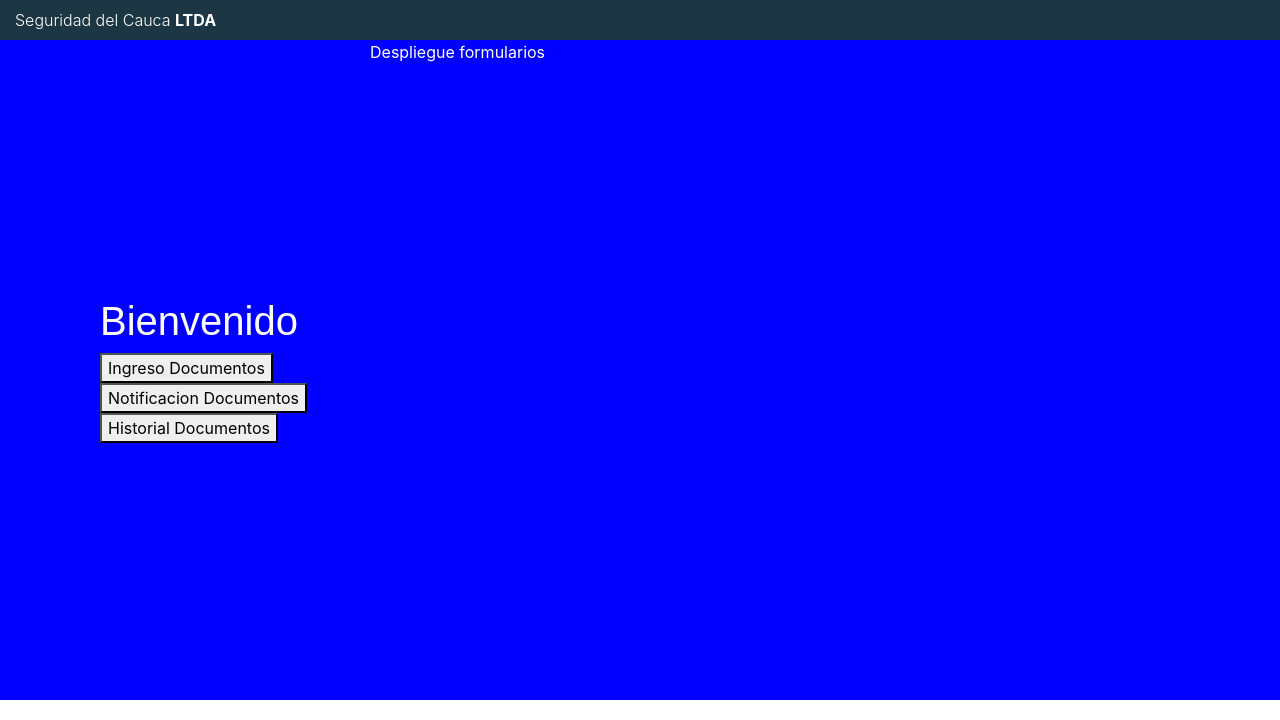
Repository: CristianPalta1/pages_react
Page: /Dashboard
An editor plug-in stored every save of this project. The page is shown before and after a run of saves, followed by the edit.
The browser window is 1280 px wide. The pictures show the whole page.
The project was rebuilt for these pictures with package versions that can differ from the ones it lists, and the page was loaded fresh each time. Also part of the build but not shown: src/components/Forms.jsx, src/pages/Inicio.jsx, src/pages/IngresoDoc.jsx, src/pages/NotifiDoc.jsx, src/components/Registros.jsx, src/components/styles/BadgesList.css, src/components/BadgeList.jsx, src/components/styles/Badges.css and 3 more.

Above is the page before, as saved 2019-08-25 14:24:20.

### src/index.js
import React from 'react';
import ReactDOM from 'react-dom';
import './index.css';
import 'bootstrap/dist/css/bootstrap.css'

import App from './components/App';
import * as serviceWorker from './serviceWorker';

ReactDOM.render(<App />, document.getElementById('root'));



// If you want your app to work offline and load faster, you can change
// unregister() to register() below. Note this comes with some pitfalls.
// Learn more about service workers: https://bit.ly/CRA-PWA
serviceWorker.unregister();

### src/index.css
body {
  margin: 0;
  font-family: -apple-system, BlinkMacSystemFont, "Segoe UI", "Roboto", "Oxygen",
    "Ubuntu", "Cantarell", "Fira Sans", "Droid Sans", "Helvetica Neue",
    sans-serif;
  -webkit-font-smoothing: antialiased;
  -moz-osx-font-smoothing: grayscale;
}

code {
  font-family: source-code-pro, Menlo, Monaco, Consolas, "Courier New",
    monospace;
}


@import url('https://fonts.googleapis.com/css?family=Lato:300,400,700');
@import url('https://fonts.googleapis.com/css?family=Anton');


* {
  -webkit-font-smoothing: antialiased;
  -moz-osx-font-smoothing: grayscale;
}

body {
  font-family: 'Lato', 'Helvetica Neue', sans-serif;
  background-color: #F4F4F7;
}

h1 {
  font-family: 'Anton', sans-serif;
}

a.link-unstyled {
  color: inherit;
}

a.link-unstyled:hover {
  color: inherit;
  text-decoration: none;
}

.btn {
  padding: 0.375rem 2rem;
}

.btn.btn-primary {
  color: #fff;
  background-color: #7DCD40;
  border-color: #7DCD40;
}

.btn.btn-primary:not(:disabled):not(.disabled):hover {
  color: #fff;
  background-color: #7DCD40;
  border-color: #7DCD40;
}

.btn.btn-primary:not(:disabled):not(.disabled):active {
  color: #fff;
  background-color: #7DCD40;
  border-color: #7DCD40;
}

.btn.btn-primary:not(:disabled):not(.disabled):focus {
  box-shadow: 0 0 0 0.2rem rgba(125, 205, 64, 0.5);
}

.btn.btn-danger {
  color: #fff;
  background-color: #CD4040;
  border-color: #CD4040;
}

.btn.btn-danger:not(:disabled):not(.disabled):hover {
  color: #fff;
  background-color: #CD4040;
  border-color: #CD4040;
}

.btn.btn-danger:not(:disabled):not(.disabled):active {
  color: #fff;
  background-color: #CD4040;
  border-color: #CD4040;
}

.btn.btn-danger:not(:disabled):not(.disabled):focus {
  box-shadow: 0 0 0 0.2rem rgba(255, 64, 64, 0.5);
}

### src/components/App.js


import React from 'react';
import { BrowserRouter, Switch, Route } from 'react-router-dom';

// import logo from './logo.svg';
// import './App.css';
// import Navbar from "./Navbar";
// import Carousel from './Carousel';
// import Badge from './Badge';
// import Forms from './Forms';
import Layout from './Layout';
import Inicio from '../pages/Inicio';
import Dashboard from '../pages/Dashboard';
import IngresoDoc from '../pages/IngresoDoc';
import NotificDoc from '../pages/NotifiDoc';
import Registro from '../pages/Registro'
import NotFound from '../pages/NotFound';

function App() {
  return (
    <BrowserRouter>
      <Layout>
        <Switch>
          <Route exact path="/" component={Inicio} />
          <Route exact path="/Dashboard" component={Dashboard} />
          <Route exact path="/Registro_Usuarios" component={Registro} />
          <Route exact path="/Dashboard/Ingreso_Documentos" component={IngresoDoc} />
          <Route exact path="/Dashboard/Notificacion_Documentos" component={NotificDoc} />
          <Route component={NotFound} />
        </Switch>
      </Layout>
    </BrowserRouter>

  );
}

export default App;

### src/pages/Dashboard.jsx
//Aqui mostrare el formulario

import React, { Component } from "react";
import Container from "../components/Container";
import "./styles/Home.css";

class Dashboard extends Component {
  handleChange = e => {
    //Para ver el valor del inpunt see escribe value:e.target.value
    //tambien funciona con el input para saber que es name:e.target.name
  };

  //Evento para saber que sucedio al hacer click en el boton
  handleClick = e => {
    console.log("Boton Oprimido");
  };

  //El boton es de tipo submit, si no quiero que eso pase porque recarga la pagina,
  //debo espicicar el tipo de boton. En este caso tipo button
  handleSubmit = e => {
    e.preventDefault();
    console.log("Formulario ha sido Enviado");
    console.log(this.state);
  };

  render() {
    return (
      <div className="Home">
        <div className="container">
          <div className="row">
            <div className="col-3">
              <Container />
            </div>
            <div className="col-9">Despliegue formularios</div>
          </div>
        </div>
      </div>
    );
  }
}

export default Dashboard;

### src/components/Navbar.jsx
import React from 'react';
import { Link } from 'react-router-dom';
import './styles/Navbar.css';

// import './styles/Navbar.css';
// import logo from '../images/logo.svg';

class Navbar extends React.Component {
  render() {
    return (
      <div className="Navbar">
        <div className="container-fluid">
          <Link className="Navbar__brand" to="/">
            {/* <img className="Navbar__brand-logo" src={logo} alt="Logo" /> */}
            <span className="font-weight-light">Seguridad del Cauca</span> &nbsp;
            <span className="font-weight-bold"> LTDA</span>
          </Link>
        </div>
      </div>
    );
  }
}

export default Navbar;

### src/pages/styles/Home.css
.Home {
  width: 100%;
  min-height: calc(100vh - 60px);
  background: #0000ff;
  /* background: url('../../images/stars.svg'), #1B1B25; */
  background-repeat: repeat;

  color: #ffffff;

  display: flex;
  align-items: center;
}

.Home__col {
  display: flex;
  flex-direction: column;
  justify-content: center;
  align-items: center;
}

@media screen and (min-width: 768px) {
  .Home__col {
    align-items: flex-start;
  }
}

### src/components/Container.jsx
import React, { Component } from "react";
import "./styles/Home.css";

class Carousel extends Component {
  render() {
    return (
      <div className="Home">
        <div className="container">
          {/* <div className="row"> */}
            {/* <div className="col-4"> */}
              <h1>Bienvenido </h1>
              <button>Ingreso Documentos</button>
              <button>Notificacion Documentos</button>
              <button>Historial Documentos</button>
            {/* </div> */}
            {/* <div className="col-8">jojoj</div> */}
          {/* </div> */}
        </div>
      </div>
    );
  }
}

export default Carousel;

Loaded but not shown: public/index.html (common file); src/serviceWorker.js (common file); src/components/Layout.jsx (common file); src/components/styles/Navbar.css (common file)

After the next 2 saves:
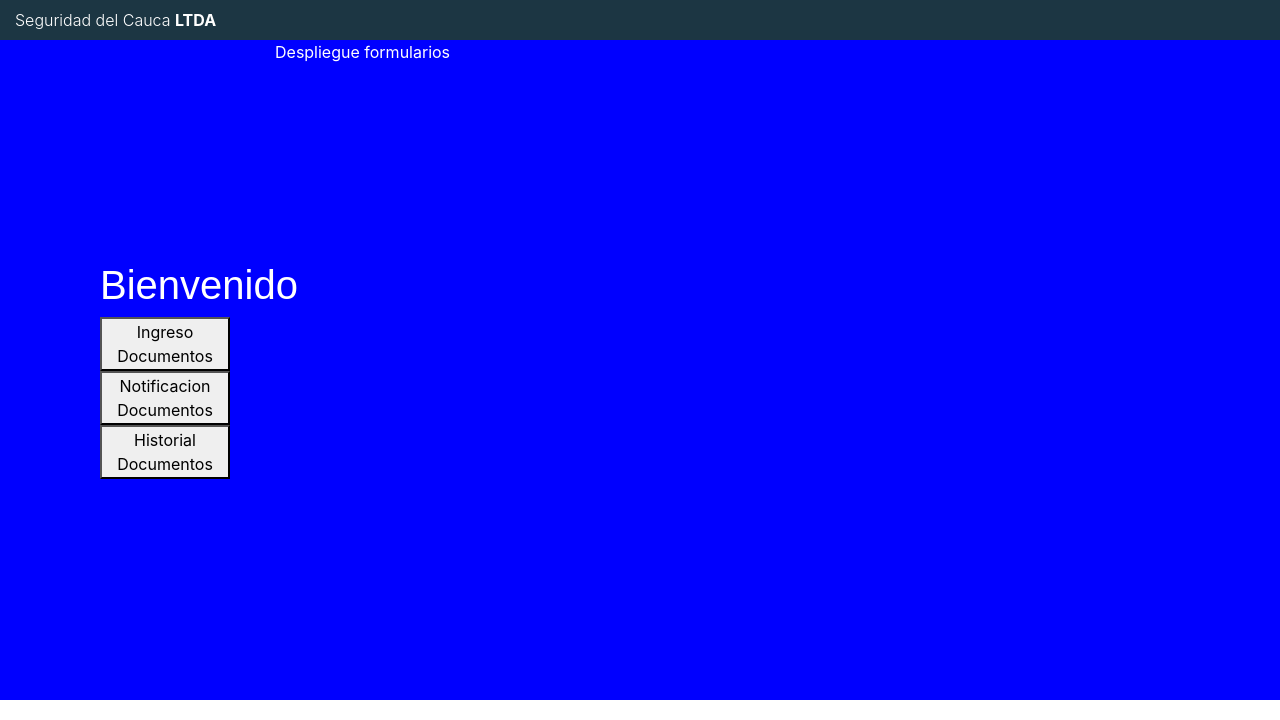
The 2 saves are shown as one change because they came seconds apart.
The last was saved 11 s later.
--- a/src/pages/Dashboard.jsx
+++ b/src/pages/Dashboard.jsx
@@ -28,10 +28,10 @@
       <div className="Home">
         <div className="container">
           <div className="row">
-            <div className="col-3">
+            <div className="col-2">
               <Container />
             </div>
-            <div className="col-9">Despliegue formularios</div>
+            <div className="col-10">Despliegue formularios</div>
           </div>
         </div>
       </div>

After the 2 saves that followed:
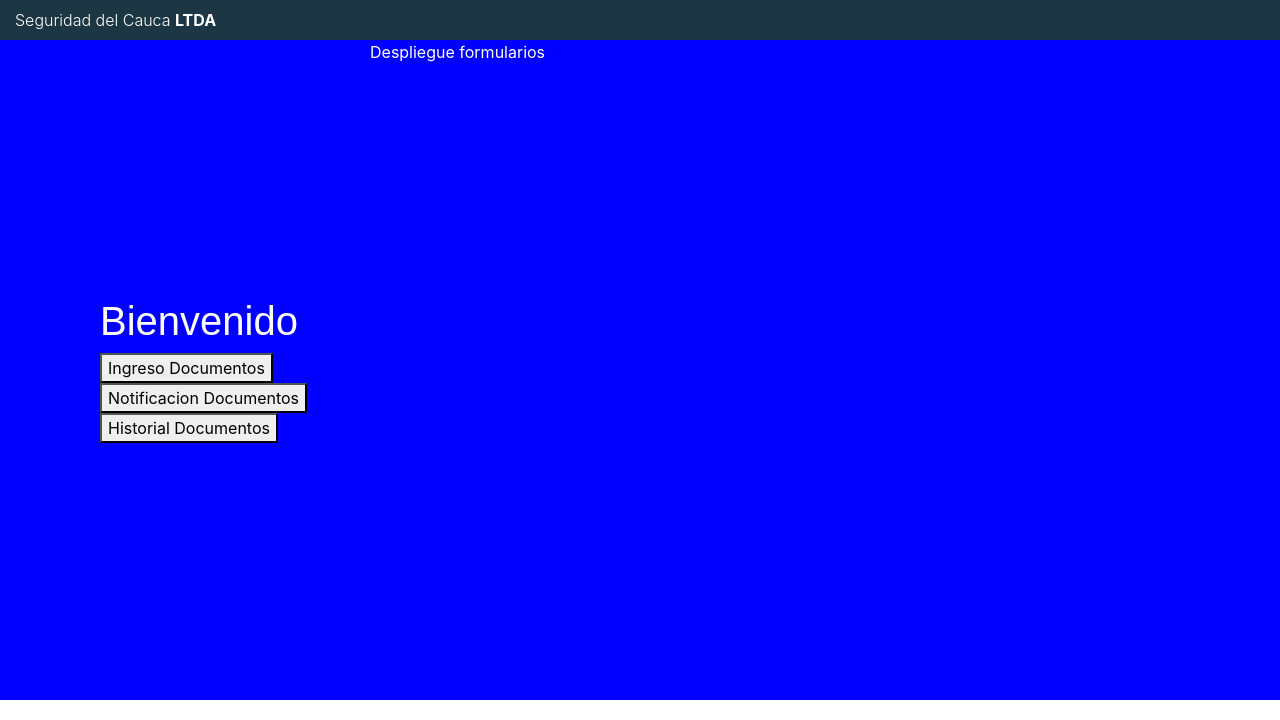
The 2 saves are shown as one change because they came seconds apart.
The last was saved 10 s later.
--- a/src/pages/Dashboard.jsx
+++ b/src/pages/Dashboard.jsx
@@ -28,10 +28,10 @@
       <div className="Home">
         <div className="container">
           <div className="row">
-            <div className="col-2">
+            <div className="col-3">
               <Container />
             </div>
-            <div className="col-10">Despliegue formularios</div>
+            <div className="col-9">Despliegue formularios</div>
           </div>
         </div>
       </div>
